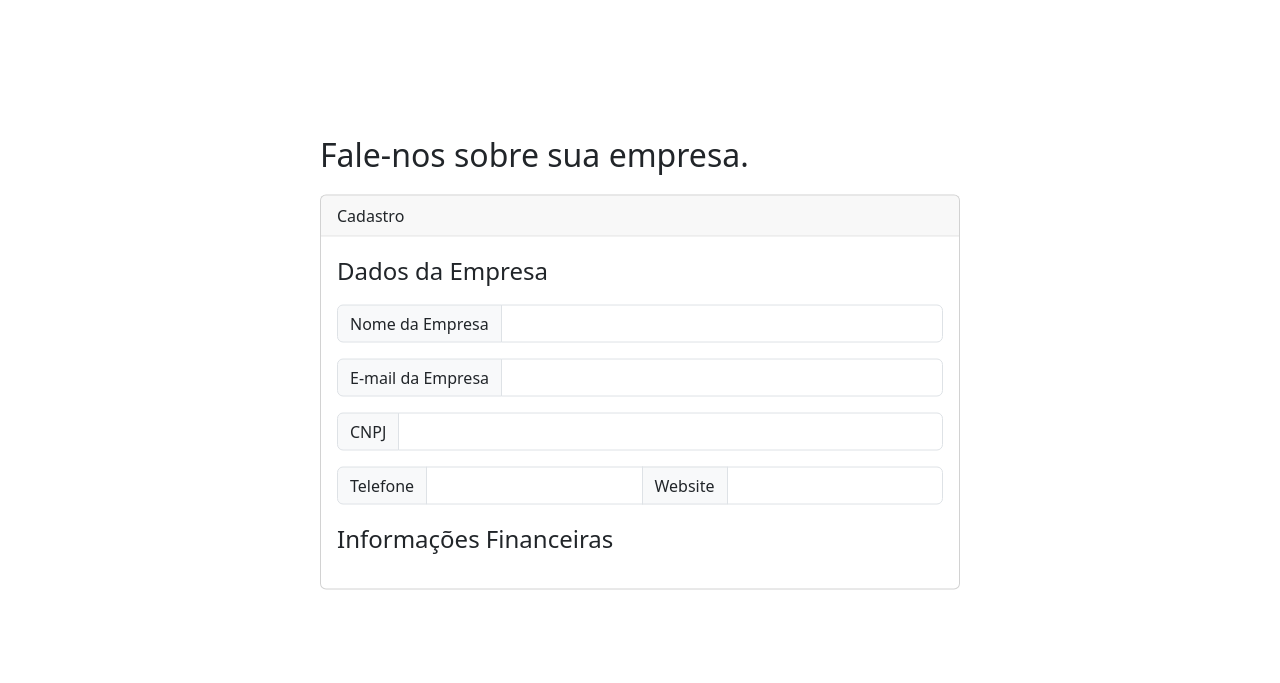
Repository: vandrecx/utilitaries
Page: http://localhost/login_archive/cadastro.php
These files come from the project's save history. The page is drawn as it stood at one moment and after the next save; the edit follows.
The browser window is 1280 px wide. The pictures show the whole page.
The page is run by PHP 8.4 with error messages shown; the project is at /var/www/html/.

Above is the page before, as saved 2024-05-03 12:57:46.

After the next save:
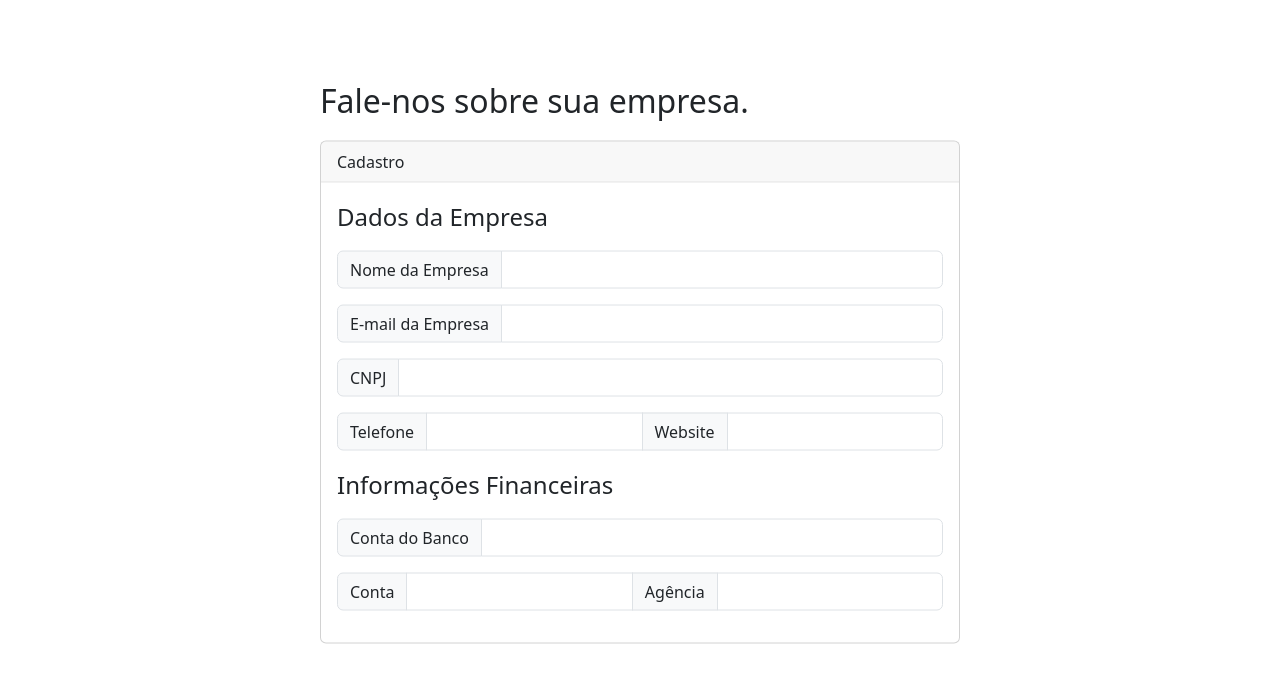
Saved 77 s later.
--- a/login_archive/cadastro.php
+++ b/login_archive/cadastro.php
@@ -42,7 +42,16 @@ include 'funcoes.php';
                         <input type="text" class="form-control" aria-label="Sizing example input" aria-describedby="inputGroup-sizing-default">
                     </div>
                     <p class="fs-4">Informações Financeiras</p>
-
+                    <div class="input-group mb-3">
+                        <span class="input-group-text" id="inputGroup-sizing-default">Conta do Banco</span>
+                        <input type="text" class="form-control" aria-label="Sizing example input" aria-describedby="inputGroup-sizing-default">
+                    </div>
+                    <div class="input-group mb-3">
+                        <span class="input-group-text" id="inputGroup-sizing-default">Conta</span>
+                        <input type="text" class="form-control" aria-label="Sizing example input" aria-describedby="inputGroup-sizing-default">
+                        <span class="input-group-text" id="inputGroup-sizing-default">Agência</span>
+                        <input type="text" class="form-control" aria-label="Sizing example input" aria-describedby="inputGroup-sizing-default">
+                    </div>
                 </form>
             </div>
         </div>
